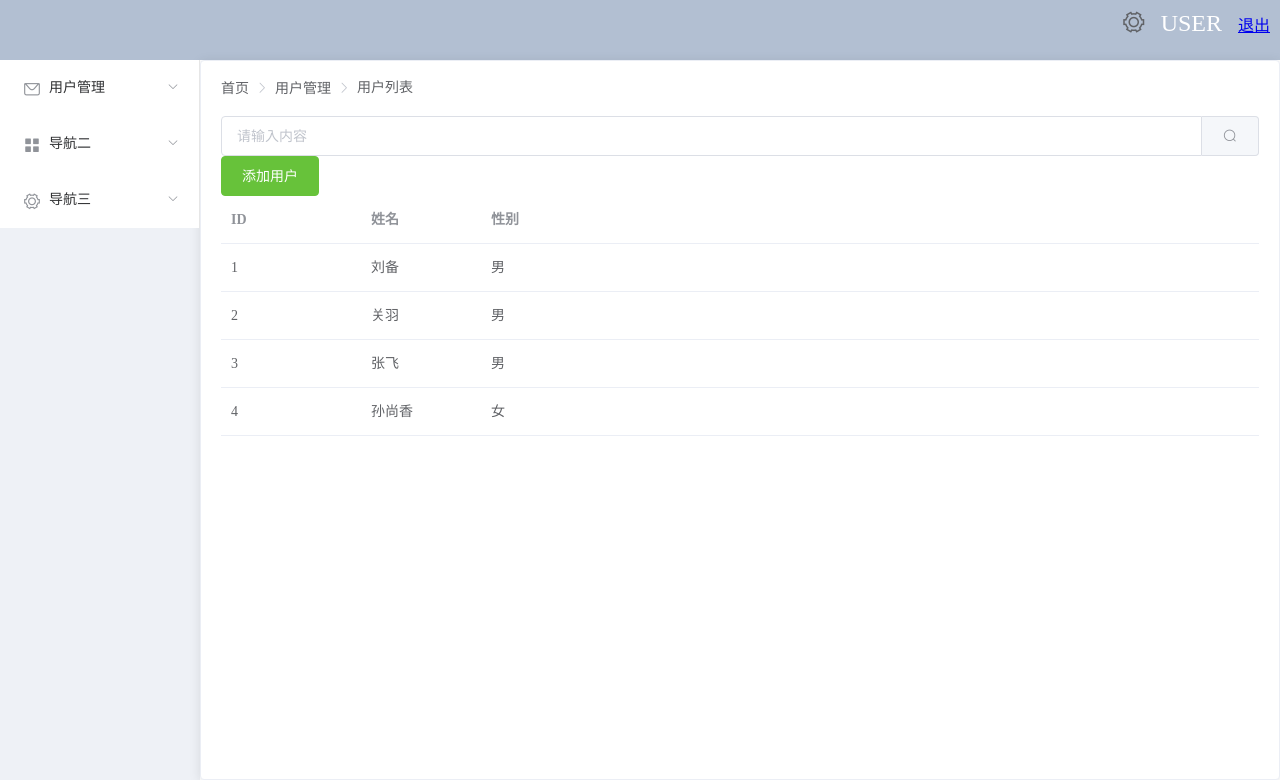
Repository: euphor1azzy/testlist
Page: /#/users (app in list/)
The author's editor kept a copy of each file at every save. The page is drawn from the files as they stood at one save, then again after the next save.
The browser window is 1280 px wide. The pictures show the whole page.
The project was rebuilt for these pictures with package versions that can differ from the ones it lists, and the page was loaded fresh each time. Requests to the local data server were answered from the project's data file. Also part of the build but not shown: list/src/utils/validate.js, list/src/views/login/login.vue.

Above is the page before, as saved 2020-08-27 14:07:07.

### list/src/main.js
// 引入组件
import Vue from 'vue'
import ElementUI from 'element-ui';
import App from './App.vue'
import router from './router'
import MyHttpServer from './plugins/http'
Vue.use(router);


// 引入css文件
import './assets/css/reset.css'
import 'element-ui/lib/theme-chalk/index.css';


//使用插件
Vue.use(ElementUI)
Vue.use(MyHttpServer)
Vue.config.productionTip = false


new Vue({
    el: '#app',
    router,
    render: h => h(App)
}).$mount('#app')

### list/src/App.vue
<template>
  <div id="app" >

    <router-view></router-view>
  </div>
</template>

<script>

</script>

<style>
#app{

  height:100vh
}
</style>

### list/src/router/index.js
import Vue from 'vue'
import Router from 'vue-router'
import Home from '../views/home.vue'
import Login from '../views/login/login.vue'
import Users from '../components/users/users.vue'



Vue.use(Router);



export default new Router({
    routes: [{
            path: '/',
            name: 'Home',
            component: Home,
            children: [{
                name: 'Users',
                path: 'users',
                component: Users
            }]

        },
        {
            name: 'Login',
            path: '/login',
            component: Login
        }
    ]
});

### list/src/plugins/http.js
//将axios改为插件
import axios from 'axios'
const MyHttpServer = {}


MyHttpServer.install = (Vue) => {
    axios.defaults.baseURL = 'http://localhost:8888/api/private/v1/'

    // 添加实例方法
    Vue.prototype.$http = axios

}

export default MyHttpServer

### list/src/assets/css/reset.css
/*! minireset.css v0.0.2 | MIT License | github.com/jgthms/minireset.css */

html,
body,
p,
ol,
ul,
li,
dl,
dt,
dd,
blockquote,
figure,
fieldset,
legend,
textarea,
pre,
iframe,
hr,
h1,
h2,
h3,
h4,
h5,
h6 {
    /* height: 100%; */
    margin: 0;
    padding: 0;
}

h1,
h2,
h3,
h4,
h5,
h6 {
    font-size: 100%;
    font-weight: normal;
}

ul {
    list-style: none;
}

button,
input,
select,
textarea {
    margin: 0;
}

html {
    box-sizing: border-box;
}

* {
    box-sizing: inherit;
}

*:before,
*:after {
    box-sizing: inherit;
}

img,
embed,
object,
audio,
video {
    height: auto;
    max-width: 100%;
}

iframe {
    border: 0;
}

table {
    border-collapse: collapse;
    border-spacing: 0;
}

td,
th {
    padding: 0;
    text-align: left;
}

### list/src/views/home.vue
<template>

  <div class="con">
    <!-- 头部 -->
    <v-appnav></v-appnav>
     <!-- 侧边栏 -->

    <v-appslider></v-appslider>

    <!-- 内容 -->
   <!-- <v-list></v-list> -->
   <!-- <el-main class="main"> -->
     <router-view></router-view>
   <!-- </el-main> -->

  </div>
</template>

<script>
// 导入组件

import AppNav from "../components/common/appnav";
import AppSlider from "../components/common/appslider";
// import List from "../components/list/list";

export default {
  name: "Home",
  // 注册组件
  components: {
    "v-appnav": AppNav,
    "v-appslider": AppSlider,
    // "v-list": List,
  },
};
</script>

<style>
.con {
  /* height: 100%; */
  display: flex;
  flex: auto;
  flex-flow: row wrap;
  justify-content: flex-start;
}
</style>

### list/src/components/users/users.vue
<template>
  <el-card class="box-card">
    <!-- 面包屑 -->
    <el-breadcrumb separator-class="el-icon-arrow-right">
      <!-- <el-breadcrumb-item :to="{ path: '/' }">首页</el-breadcrumb-item> -->
      <el-breadcrumb-item>首页</el-breadcrumb-item>
      <el-breadcrumb-item>用户管理</el-breadcrumb-item>
      <el-breadcrumb-item>用户列表</el-breadcrumb-item>
    </el-breadcrumb>

    <!-- 搜索 -->

    <el-row class="searchC">
      <el-col >
        <el-input placeholder="请输入内容" v-model="query" class="inputSearch">
          <el-button slot="append" icon="el-icon-search"></el-button>
        </el-input>
        <el-button type="success">添加用户</el-button>
      </el-col>
    </el-row>
    <!-- 表格 -->
    <el-table :data="items">
      <el-table-column prop="id" label="ID" width="140"></el-table-column>
      <el-table-column prop="name" label="姓名" width="120"></el-table-column>
      <el-table-column prop="gender" label="性别"></el-table-column>
    </el-table>
  </el-card>
</template>

<script>

    import axios from 'axios'
export default {
created() {
    this.loadData();
  },
  methods: {
    loadData() {
      axios.get("http://localhost:3000/heroes").then((res) => {
        this.items = res.data;
      });
    },
  },
  name: "list",
  data() {
    return {
        query:'',
      items: [],
      name: "",
      gender: "",
    };
  },
}
</script>

<style>
.box-card {
  height: 100vh;
  width: calc(100% - 200px);
}
.inputSearch {
  width: 300px;
}
.searchC {
  margin-top: 20px;
}
</style>

### list/src/components/common/appnav.vue
<template>
  <el-header class="nav">
    <el-dropdown>
      <i class="el-icon-setting" style="margin-right: 15px"></i>
      <el-dropdown-menu slot="dropdown">
        <el-dropdown-item>查看</el-dropdown-item>
        <el-dropdown-item>新增</el-dropdown-item>
        <el-dropdown-item>删除</el-dropdown-item>
      </el-dropdown-menu>
    </el-dropdown>
    <span>USER</span>
    <router-link to="/login" style="padding-left:16px;font-size:16px"
      >退出</router-link
    >
  </el-header>
</template>

<script>
export default {
  name: "AppNav",
};
</script>

<style scoped>

.nav {
  padding: 10px;
  text-align: right;
  font-size: 24px;
  width: 100%;
  color: #fff;
  background-color: #b2bfd2;
}
.el-icon-setting::before {
  font-size: 24px;
}
</style>

### list/src/components/common/appslider.vue
<template>
   <!-- <el-container style="height: 100%; border: 1px solid #eee"> -->
      <el-aside width="200px" style="background-color: rgb(238, 241, 246)">
        <el-menu :unique-opened="true"
        :router="true">
          <el-submenu index="1">
            <template slot="title">
              <i class="el-icon-message"></i>用户管理
            </template>
            <el-menu-item-group>
              <template slot="title">分组一</template>
              <el-menu-item index="users">用户列表</el-menu-item>
              <el-menu-item index="1-2">用户设置</el-menu-item>
            </el-menu-item-group>
            <el-menu-item-group title="分组2">
              <el-menu-item index="1-3">选项3</el-menu-item>
            </el-menu-item-group>
            <el-submenu index="1-4">
              <template slot="title">选项4</template>
              <el-menu-item index="1-4-1">选项4-1</el-menu-item>
            </el-submenu>
          </el-submenu>
          <el-submenu index="2">
            <template slot="title">
              <i class="el-icon-menu"></i>导航二
            </template>
            <el-menu-item-group>
              <template slot="title">分组一</template>
              <el-menu-item index="2-1">选项1</el-menu-item>
              <el-menu-item index="2-2">选项2</el-menu-item>
            </el-menu-item-group>
            <el-menu-item-group title="分组2">
              <el-menu-item index="2-3">选项3</el-menu-item>
            </el-menu-item-group>
            <el-submenu index="2-4">
              <template slot="title">选项4</template>
              <el-menu-item index="2-4-1">选项4-1</el-menu-item>
            </el-submenu>
          </el-submenu>
          <el-submenu index="3">
            <template slot="title">
              <i class="el-icon-setting"></i>导航三
            </template>
            <el-menu-item-group>
              <template slot="title">分组一</template>
              <el-menu-item index="3-1">选项1</el-menu-item>
              <el-menu-item index="3-2">选项2</el-menu-item>
            </el-menu-item-group>
            <el-menu-item-group title="分组2">
              <el-menu-item index="3-3">选项3</el-menu-item>
            </el-menu-item-group>
            <el-submenu index="3-4">
              <template slot="title">选项4</template>
              <el-menu-item index="3-4-1">选项4-1</el-menu-item>
            </el-submenu>
          </el-submenu>
        </el-menu>
      </el-aside>
   <!-- </el-container> -->
</template>

<script>
export default {

}
</script>

<style>
.default-active	{
  background-color: royalblue;
}
</style>

### list/server/db.json
{
    "users": [{
            "id": 1,
            "name": "abc",
            "age": 18,
            "gender": "男"
        },
        {
            "id": 2,
            "name": "SDSA",
            "age": 18,
            "gender": "男"
        },
        {
            "id": 3,
            "name": "SDSD",
            "age": 18,
            "gender": "女"
        },
        {
            "id": 4,
            "name": "FSAFA",
            "age": 18,
            "gender": "男"
        }
    ],
    "heroes": [{
        "id": 1,
        "name": "刘备",
        "gender": "男"
    }, {
        "id": 2,
        "name": "关羽",
        "gender": "男"
    }, {
        "id": 3,
        "name": "张飞",
        "gender": "男"
    }, {
        "id": 4,
        "name": "孙尚香",
        "gender": "女"
    }]
}

Loaded but not shown: list/public/index.html (common file)

After the next save:
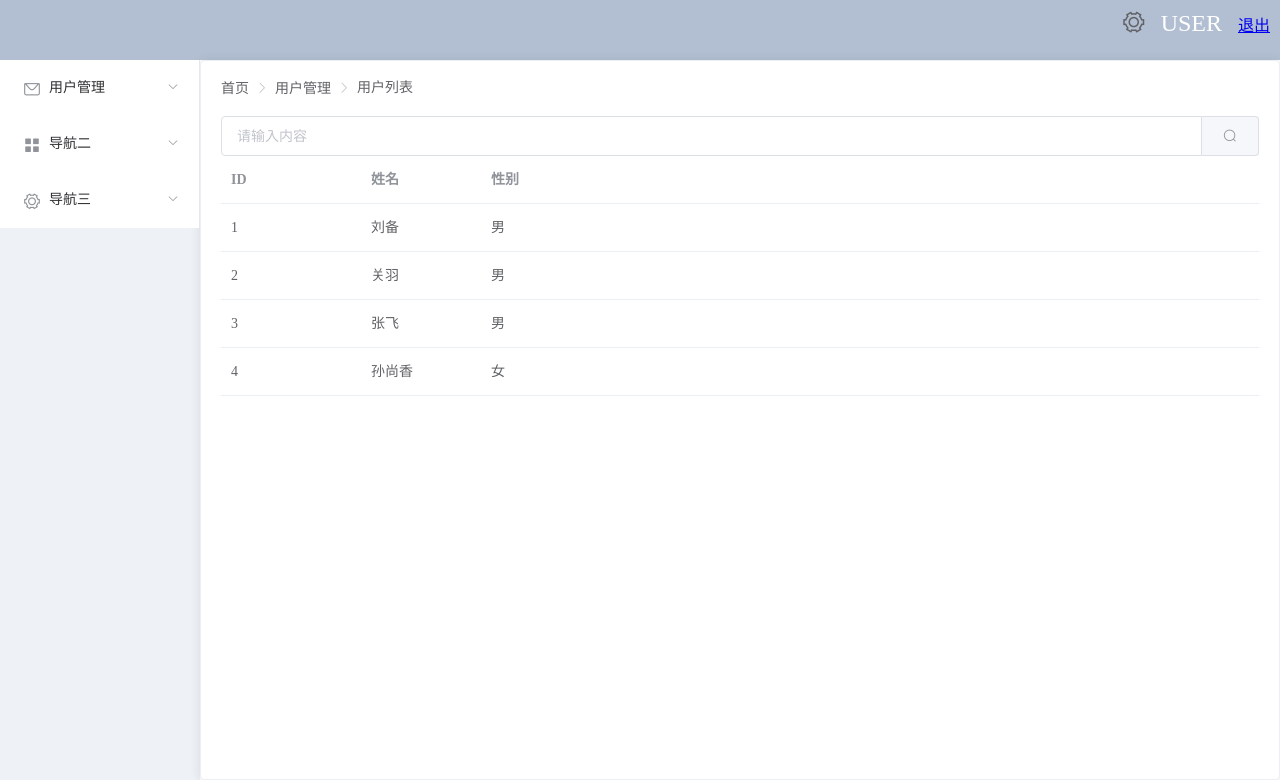
Saved 21 s later.
--- a/list/src/components/users/users.vue
+++ b/list/src/components/users/users.vue
@@ -14,8 +14,9 @@
       <el-col >
         <el-input placeholder="请输入内容" v-model="query" class="inputSearch">
           <el-button slot="append" icon="el-icon-search"></el-button>
+          <el-button type="success">添加用户</el-button>
         </el-input>
-        <el-button type="success">添加用户</el-button>
+        <!-- <el-button type="success">添加用户</el-button> -->
       </el-col>
     </el-row>
     <!-- 表格 -->

After the save that followed:
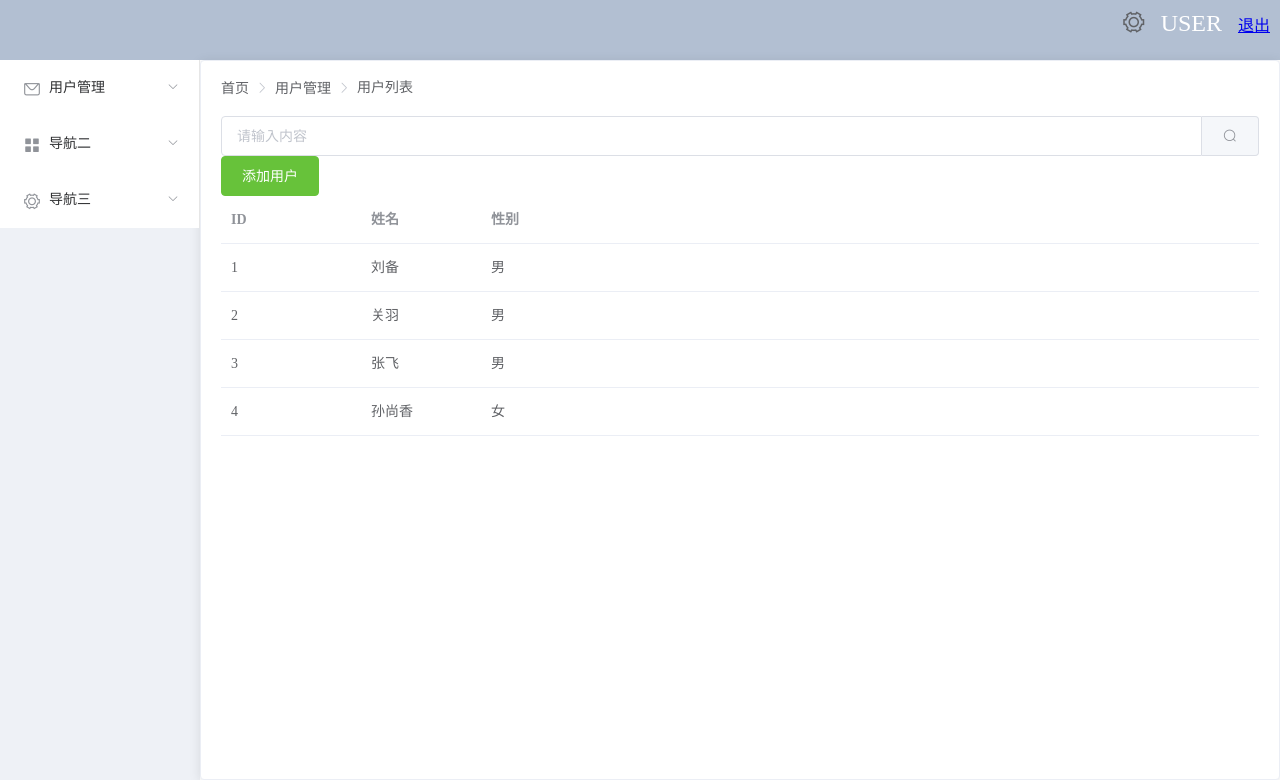
Saved 108 s later.
--- a/list/src/components/users/users.vue
+++ b/list/src/components/users/users.vue
@@ -14,10 +14,13 @@
       <el-col >
         <el-input placeholder="请输入内容" v-model="query" class="inputSearch">
           <el-button slot="append" icon="el-icon-search"></el-button>
-          <el-button type="success">添加用户</el-button>
+          <!-- <el-button type="success">添加用户</el-button> -->
         </el-input>
-        <!-- <el-button type="success">添加用户</el-button> -->
-      </el-col>
+        </el-col>
+        <el-col>
+        <el-button type="success">添加用户</el-button>
+        </el-col>
+      <!-- </el-col> -->
     </el-row>
     <!-- 表格 -->
     <el-table :data="items">
